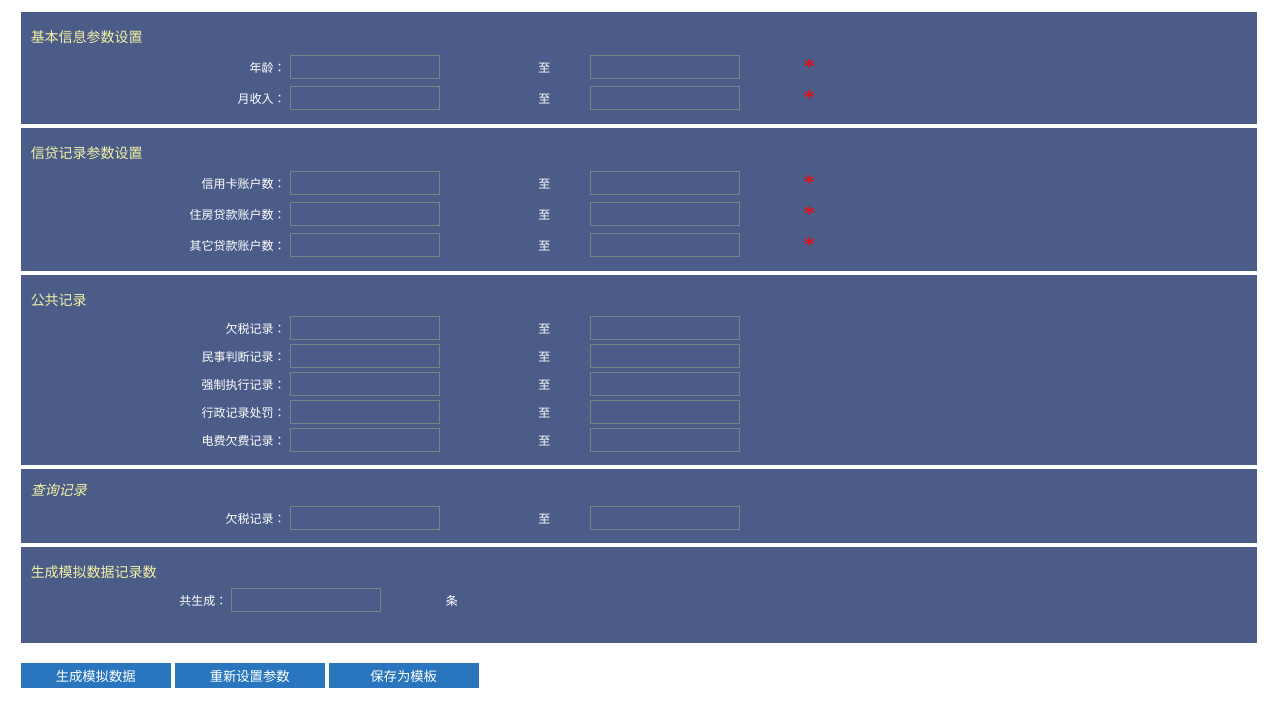
Repository: trieyouth/BigData
Page: http://localhost/BigData/WEB-INF/views/client-credit-analyse-system/data-collect/generateData.jsp
An editor plug-in stored every save of this project. The page is shown before and after the next save, followed by the edit.
The browser window is 1280 px wide. The pictures show the whole page.
The page is served by Tomcat 9. Nobody is signed in. The template is opened directly, without the code that normally fills it, so the values that code supplies are empty.

Above is the page before, as saved 2016-03-07 09:10:27.

After the next save:
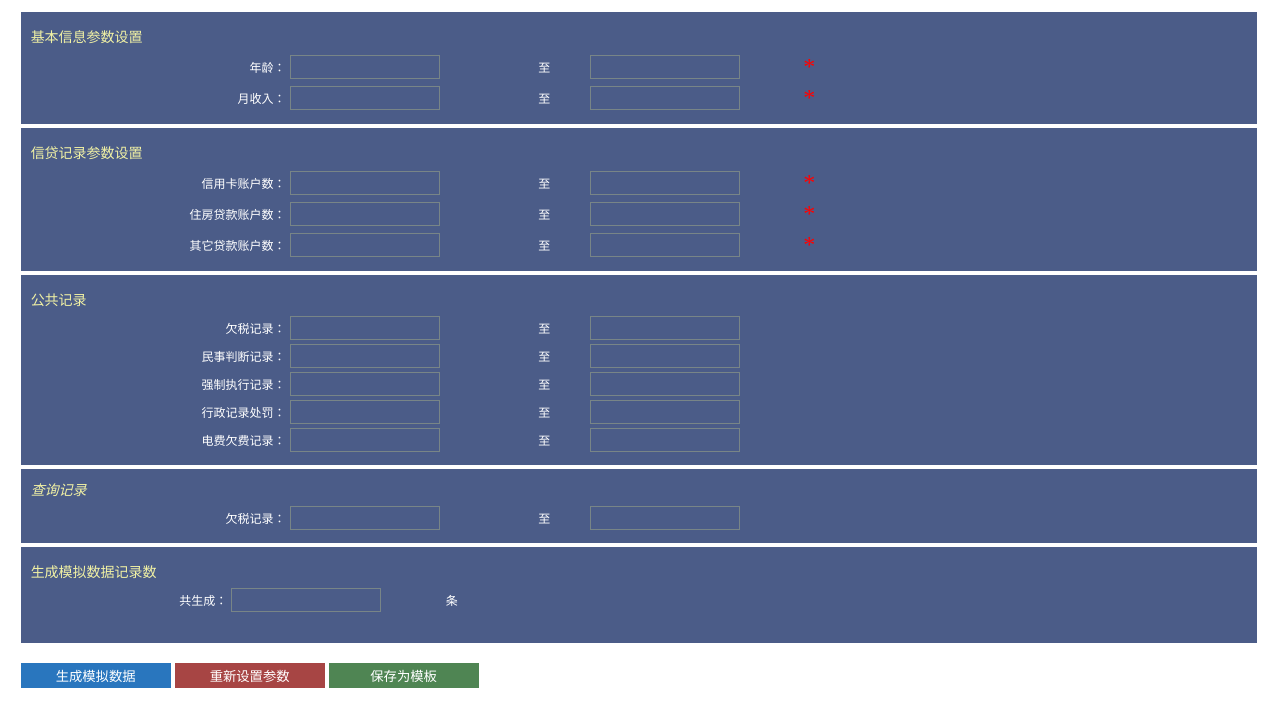
Saved 6 s later.
--- a/BigData/WebRoot/WEB-INF/views/client-credit-analyse-system/data-collect/generateData.jsp
+++ b/BigData/WebRoot/WEB-INF/views/client-credit-analyse-system/data-collect/generateData.jsp
@@ -206,8 +206,8 @@ String basePath = request.getScheme()+"://"+request.getServerName()+":"+request.
   <div id="buttoncon">
     <button  id="btnBackGroundStyle1" type="submit" onclick="ClickGenerateData()" >生成模拟数据</button>
     <!--点击此按钮后台获得参数-->
-    <button  type="Reset" id="btnBackGroundStyle1">重新设置参数</button>
-    <button  type="submit" id="btnBackGroundStyle1" onclick="ClickSaveForTemplate()" >保存为模板</button>
+    <button  type="Reset" id="btnBackGroundStyle2">重新设置参数</button>
+    <button  type="submit" id="btnBackGroundStyle3" onclick="ClickSaveForTemplate()" >保存为模板</button>
     <!-- <button  type="Reset" id="button2style">设置生成字段</button> -->
   </div>
 </form>
